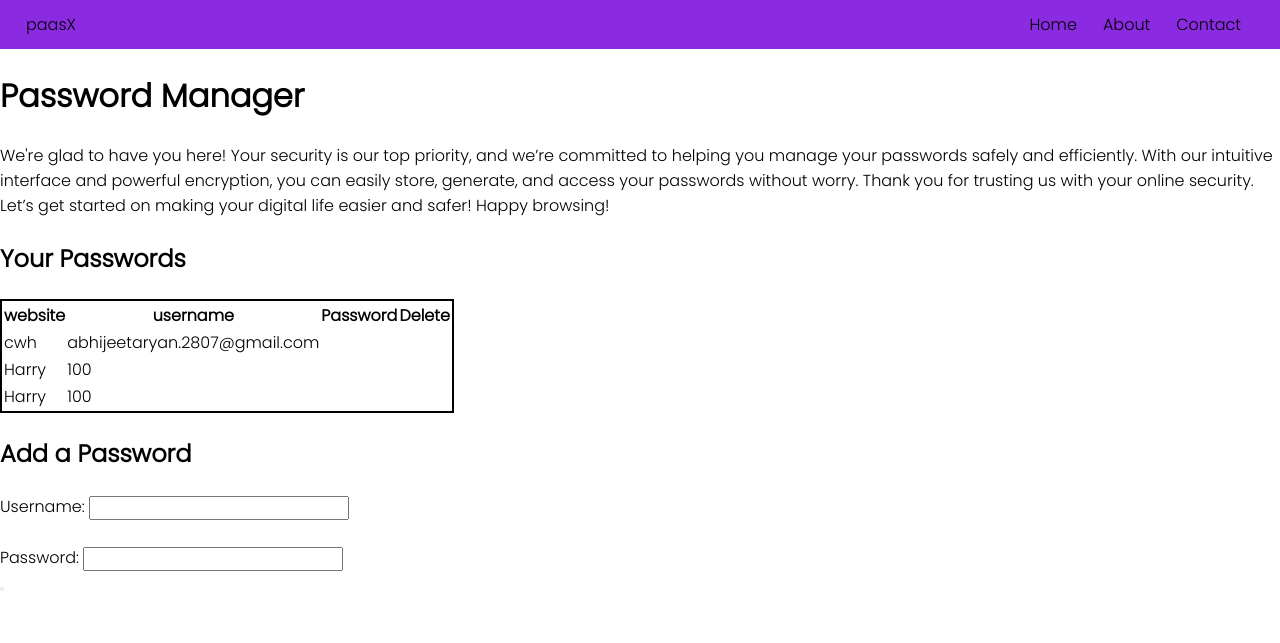
Repository: Abhi2807ar/PASSWORD-MANAGER
Page: index.html
The author's editor kept a copy of each file at every save. The page is drawn from the files as they stood at one save, then again after a run of saves.
The browser window is 1280 px wide. The pictures show the whole page.

Above is the page before, as saved 2024-10-14 15:01:16.

After the next 4 saves:
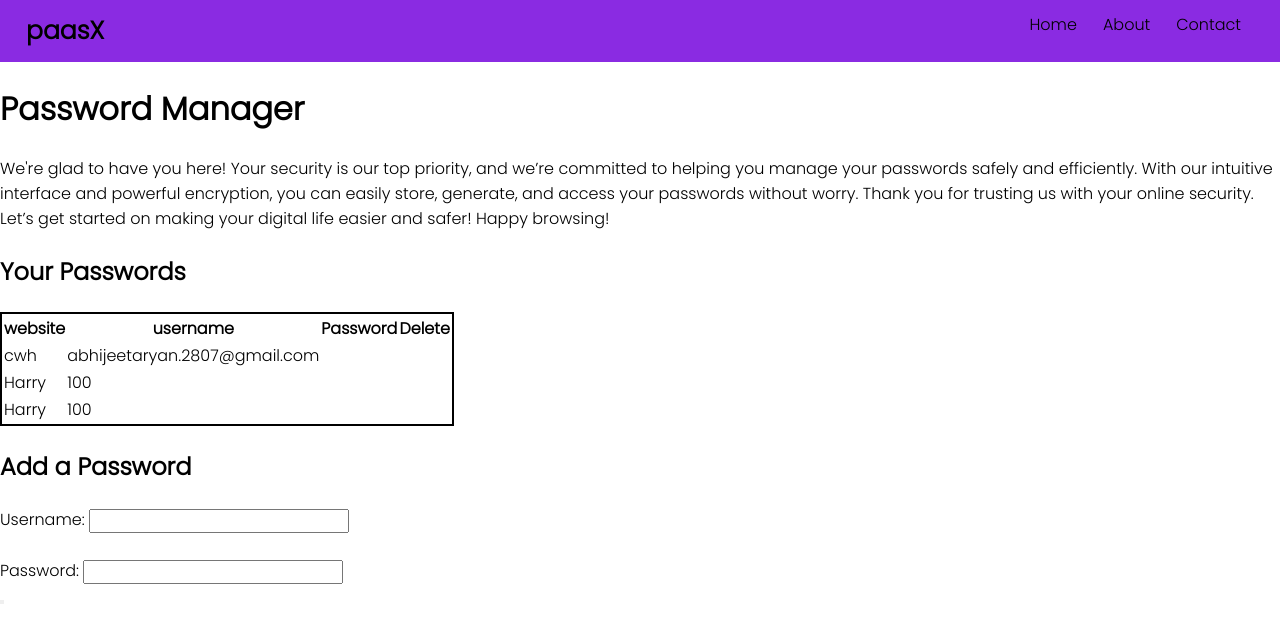
The 4 saves are shown as one change because they came seconds apart.
The last was saved 13 s later.
--- a/style.css
+++ b/style.css
@@ -12,7 +12,8 @@
  }
  .logo{
     margin:0 23px;
-    font-weight: ;
+    font-weight: 800;
+    font-size:25px;
  }
  ul{
     display:flex;
